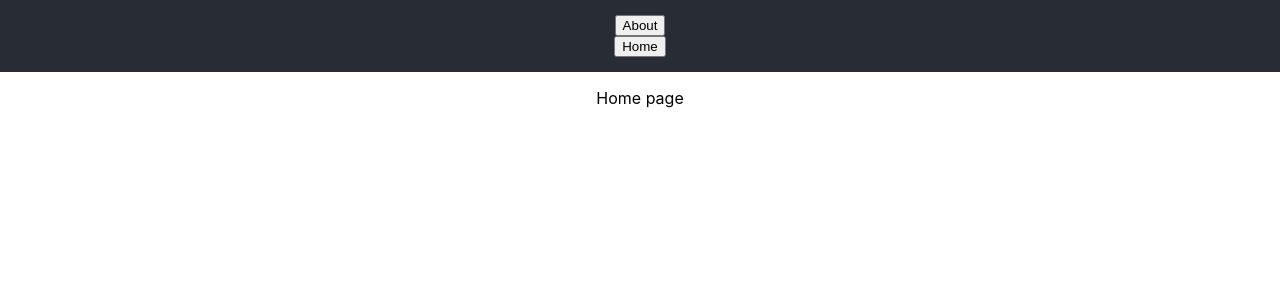
Repository: spnovaa/work-hive
Page: /home
These files come from the project's save history. The page is drawn as it stood at one moment and after a run of saves; the edit follows.
The browser window is 1280 px wide. The pictures show the whole page.
The project was rebuilt for these pictures with package versions that can differ from the ones it lists, and the page was loaded fresh each time. Also part of the build but not shown: src/pages/about/about.jsx.

Above is the page before, as saved 2025-01-13 00:19:08.

After the next 2 saves:
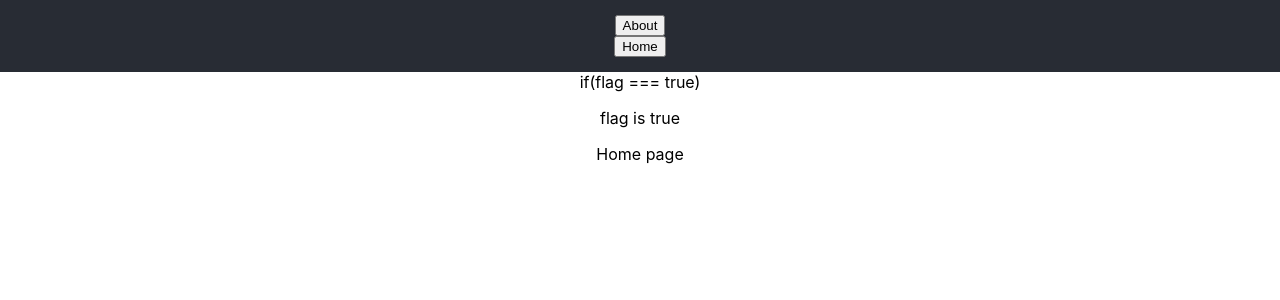
The 2 saves are shown as one change because 1 did not build or start.
The last was saved 3 min 8 s later.
--- a/src/pages/home/home.jsx
+++ b/src/pages/home/home.jsx
@@ -1,11 +1,17 @@
 
 import {Button} from 'react';
-import {useState} from 'react';
+import {useState, useEffect} from 'react';
 export const Home = () => {
     const [flag, setFlag] = useState();
+    useEffect(()=>{
+        setFlag(true);
+    },[])
 
     return (
         <div>
+            if(flag === true){
+                <p> flag is true</p>
+            }
             <p>Home page</p>
         </div>
     )
